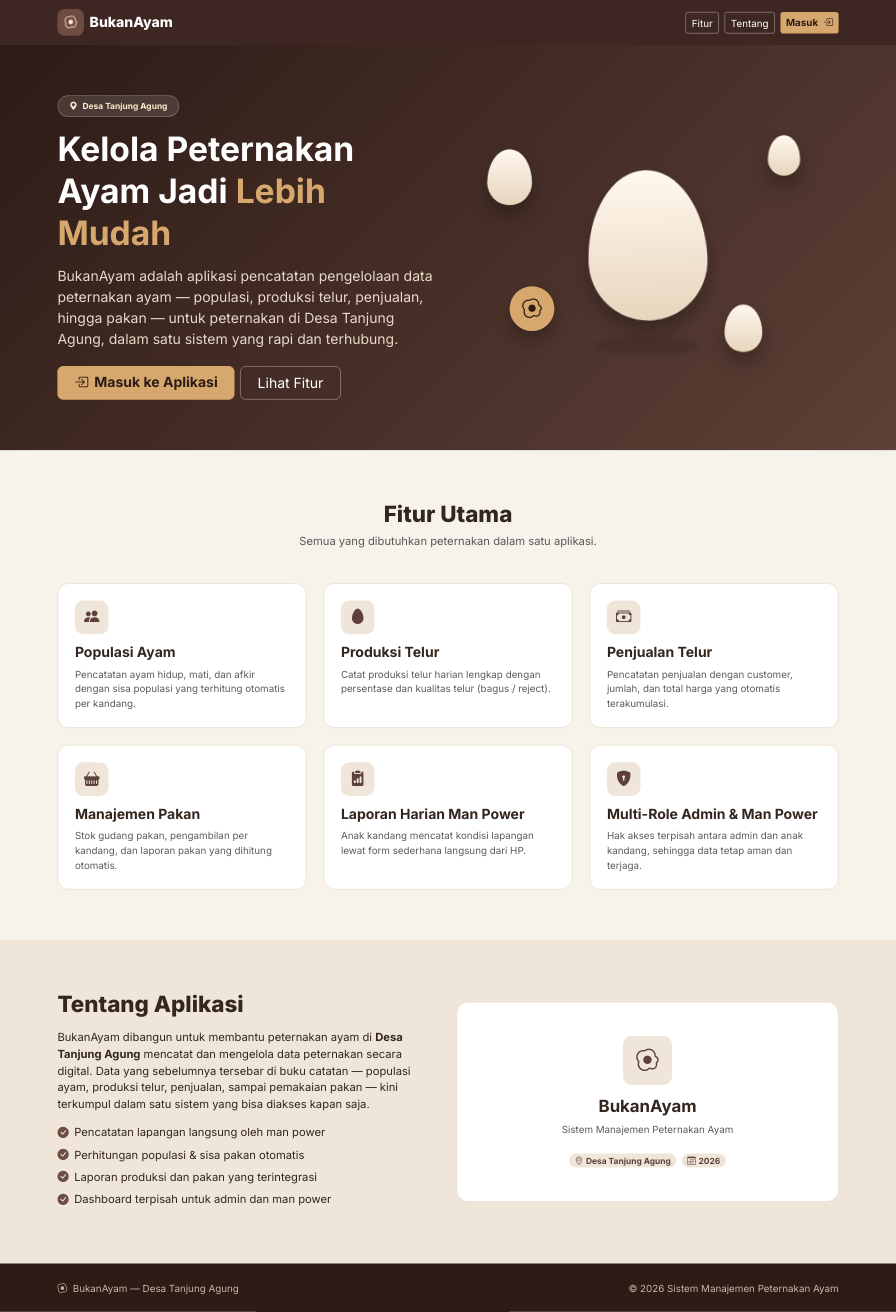
Repository: syafira-nur25/bukanayampart1
Page: http://localhost/
The author's editor kept a copy of each file at every save. The page is drawn from the files as they stood at one save, then again after a run of saves.
The browser window is 1280 px wide. The pictures show the whole page, at 70% of full size.
The page is served by the project's Laravel application, run on PHP 8.4 with Laravel 12.

Above is the page before, as saved 2026-08-17 12:15:31.

After the next 2 saves:
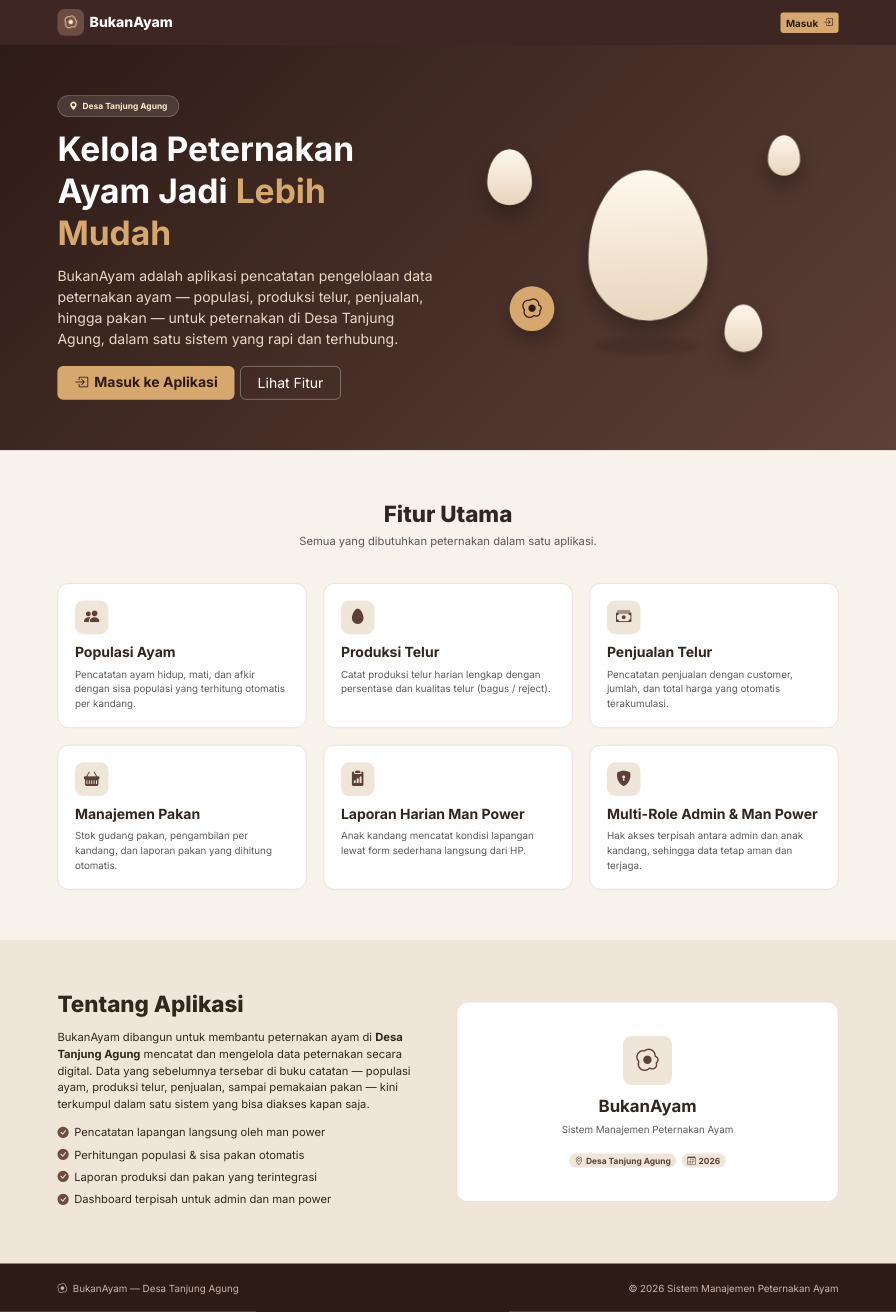
The 2 saves are shown as one change because they came seconds apart.
The last was saved 85 s later.
--- a/resources/views/landing.blade.php
+++ b/resources/views/landing.blade.php
@@ -56,9 +56,6 @@ footer{background:var(--coklat-900);color:#cbb5a8}
     <span class="navbar-brand d-flex align-items-center">
       <span class="brand-egg"><i class="bi bi-egg-fried"></i></span> BukanAyam
     </span>
-    <div class="ms-auto d-flex gap-2">
-      <a href="#fitur" class="btn btn-ghost btn-sm d-none d-md-inline">Fitur</a>
-      <a href="#tentang" class="btn btn-ghost btn-sm d-none d-md-inline">Tentang</a>
       @auth
         <a href="{{ auth()->user()->role === 'admin' ? route('dashboard') : route('manpower.laporan.create') }}" class="btn btn-cta btn-sm">
           Buka Dashboard <i class="bi bi-arrow-right ms-1"></i>
